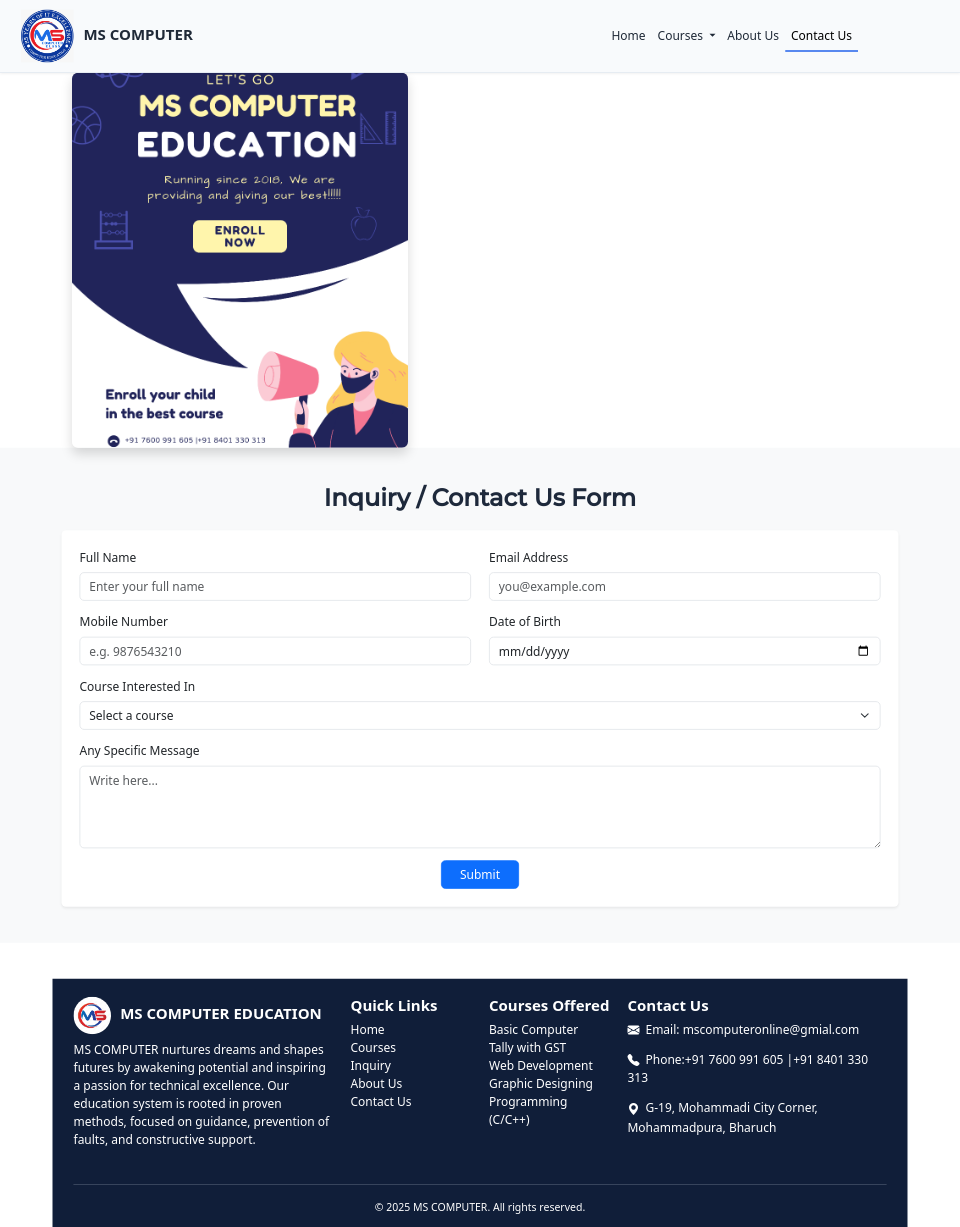
Repository: mscomputer2025/mscomputer
Page: http://localhost/contactus
These files come from the project's save history. The page is drawn as it stood at one moment and after the next save; the edit follows.
The browser window is 1280 px wide. The pictures show the whole page, at 75% of full size.
Some web fonts or font styles are not loaded; a fallback is used. The page is served by the project's Laravel application, run on PHP 8.4 with Laravel 12. Queries for data that is not in the repository find no rows.

Above is the page before, as saved 2025-07-02 10:56:15.

After the next save:
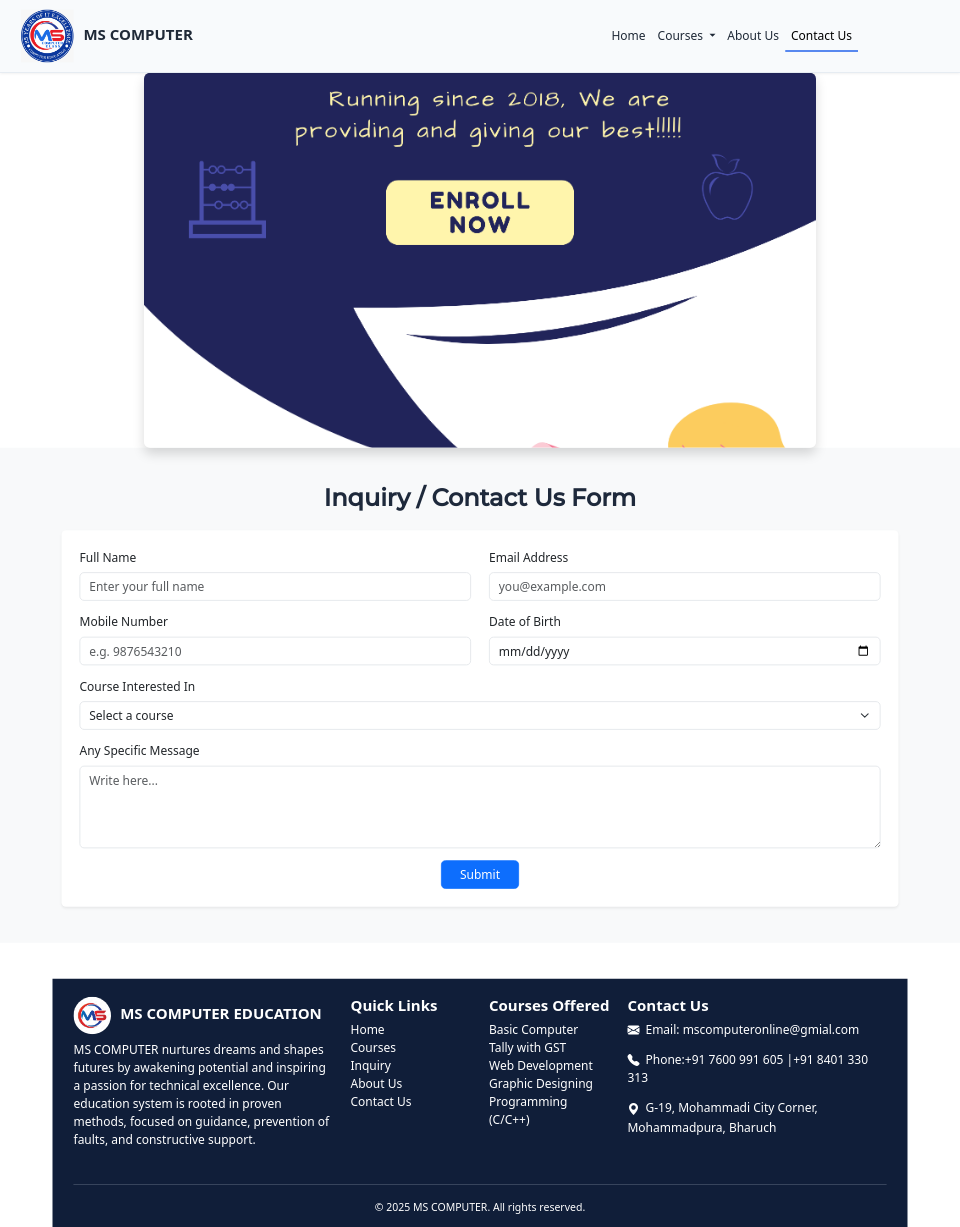
Saved 5 s later.
--- a/resources/views/contactus.blade.php
+++ b/resources/views/contactus.blade.php
@@ -4,7 +4,7 @@
 
 @section('content')
 
-    <div class="col-md-6 text-center">
+    <div class=" text-center">
         <img src="{{ asset('images/aboutusposter.png') }}" alt="MS Computer Institute"
             class="img-fluid rounded-3 shadow about-image">
     </div>
